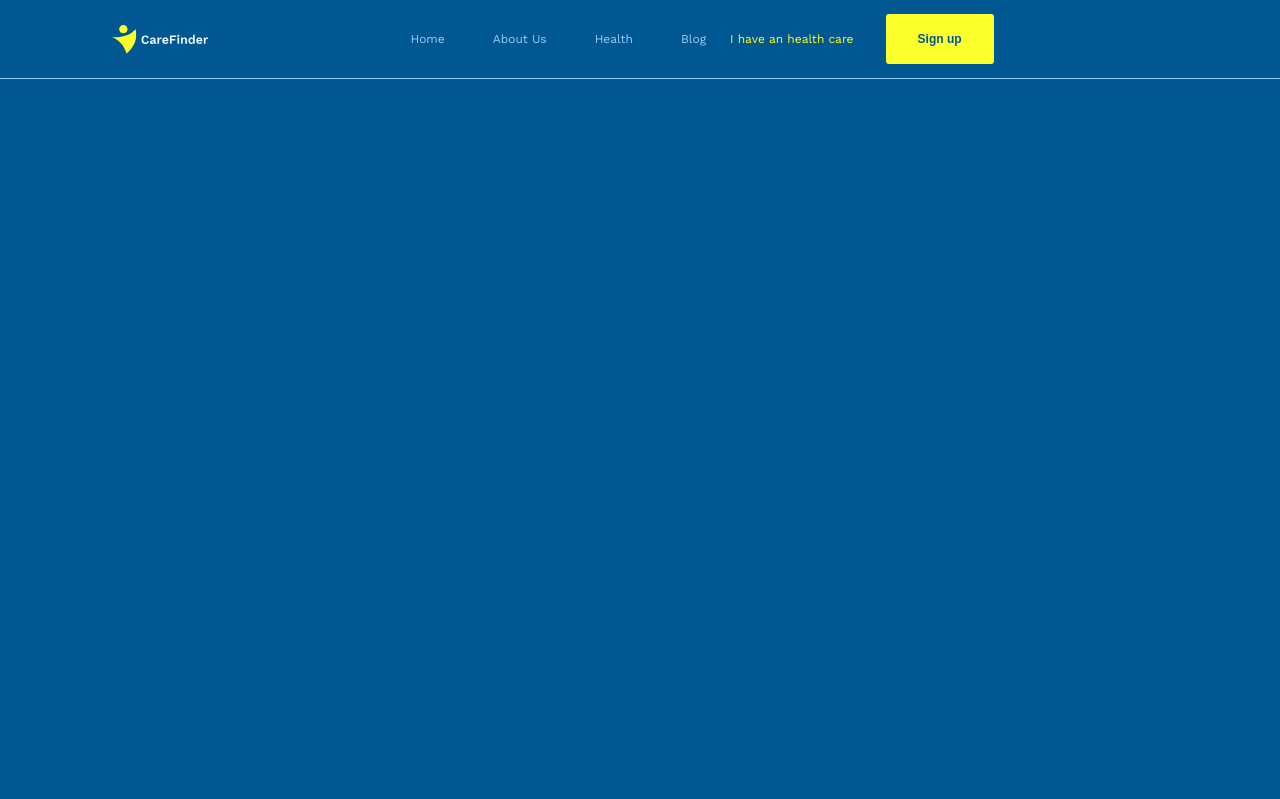
Repository: PreciousOritsedere/Carefinder-App
Page: /
These files come from the project's save history. The page is drawn as it stood at one moment and after a run of saves; the edit follows.
The browser window is 1280 px wide. The pictures show the whole page.
The project was rebuilt for these pictures with package versions that can differ from the ones it lists, and the page was loaded fresh each time. The framework's server and built-in components were replaced by stand-ins that run in the browser. Also part of the build but not shown: next.config.js, src/Components/Nav_Menu/NavMenu.js.

Above is the page before, as saved 2023-06-12 19:55:17.

After the next 2 saves:
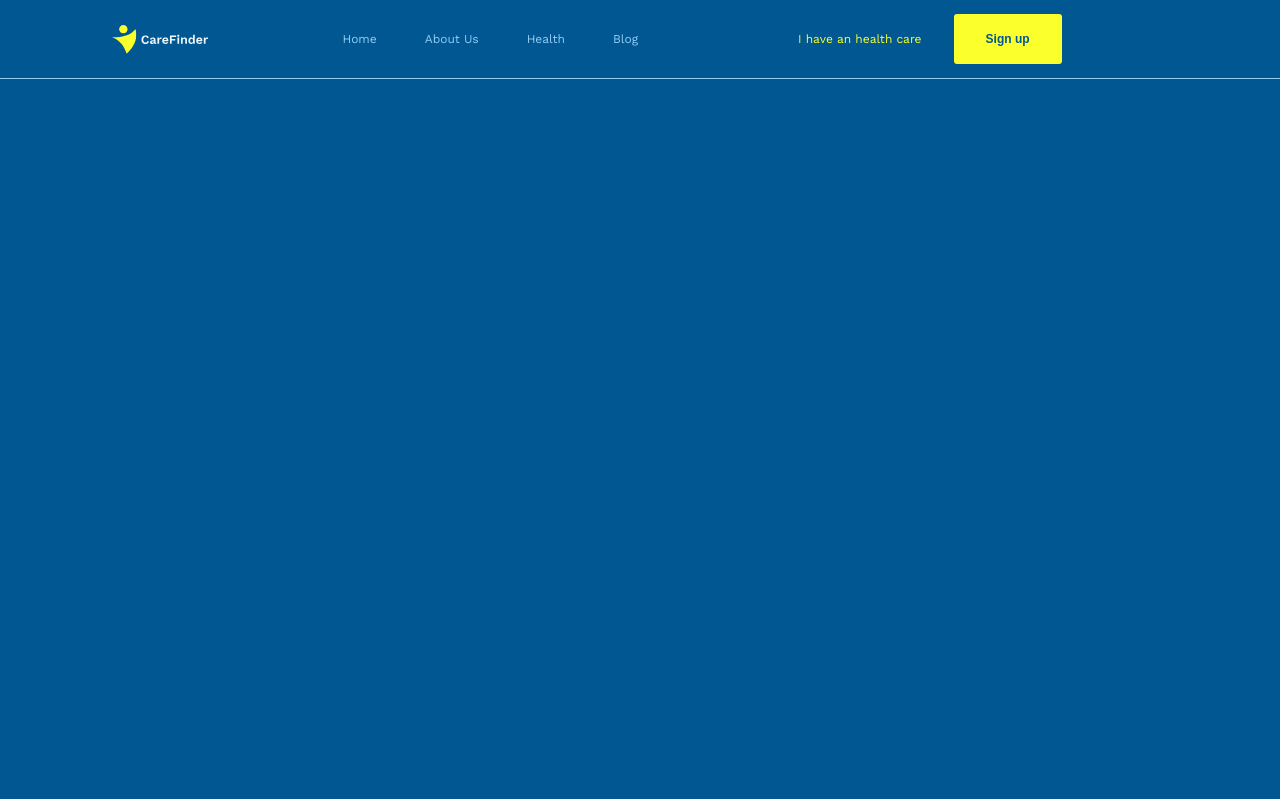
The 2 saves are shown as one change because they came seconds apart.
The last was saved 30 s later.
--- a/src/Components/Nav/Nav.module.css
+++ b/src/Components/Nav/Nav.module.css
@@ -74,8 +74,8 @@
     display: flex;
     align-items: center;
     /* justify-content: flex-end; */
-    justify-content: space-between;
-    /* gap: 136px; */
+    /* justify-content: space-between; */
+    gap: 136px;
   }
 
   .hamburger {
